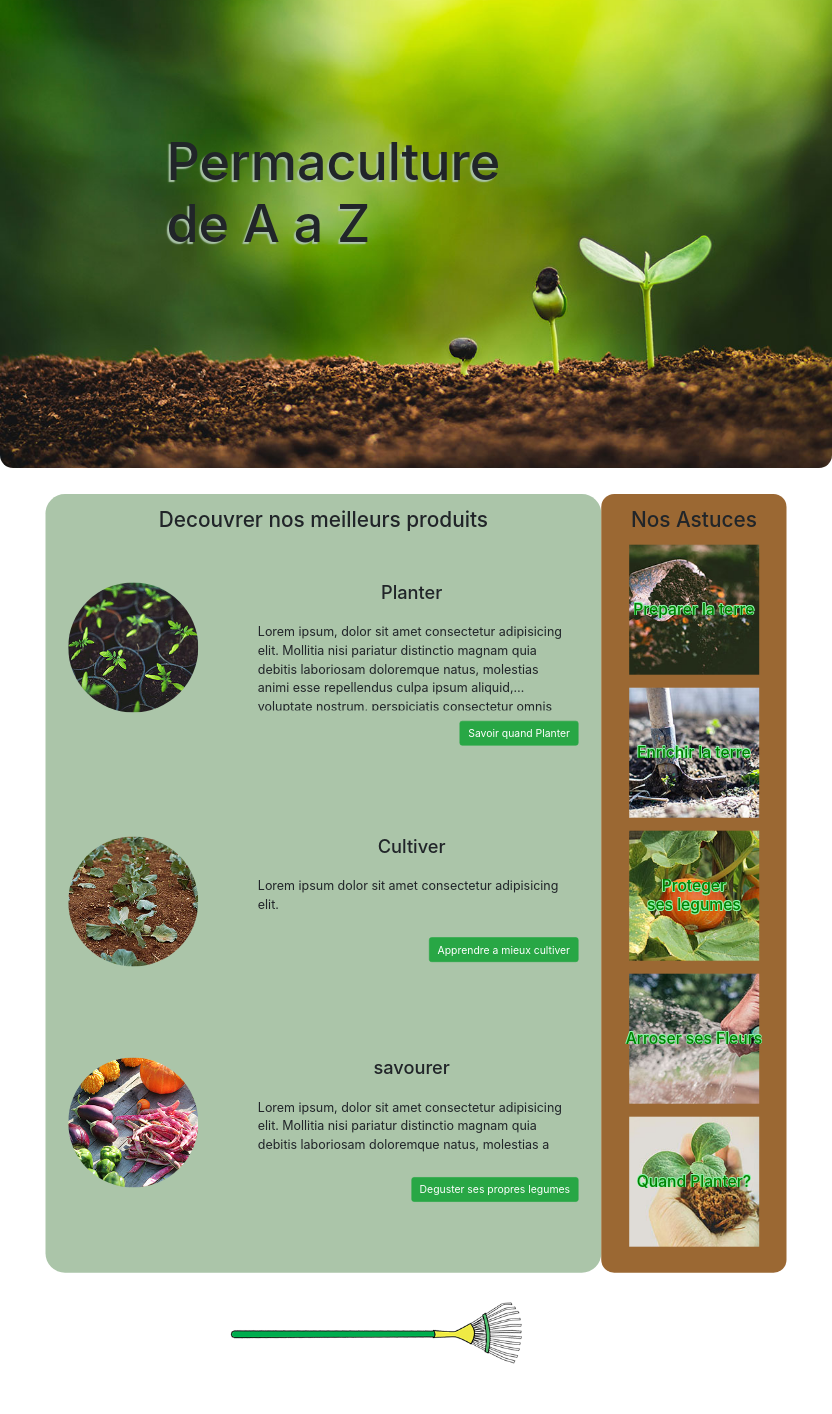
Repository: ahthionkevin/permaculture
Page: index.html
The author's editor kept a copy of each file at every save. The page is drawn from the files as they stood at one save, then again after the next save.
The browser window is 1280 px wide. The pictures show the whole page, at 65% of full size.
Backgrounds fixed to the window are drawn as part of the page.

Above is the page before, as saved 2021-07-06 23:46:21.

After the next save:
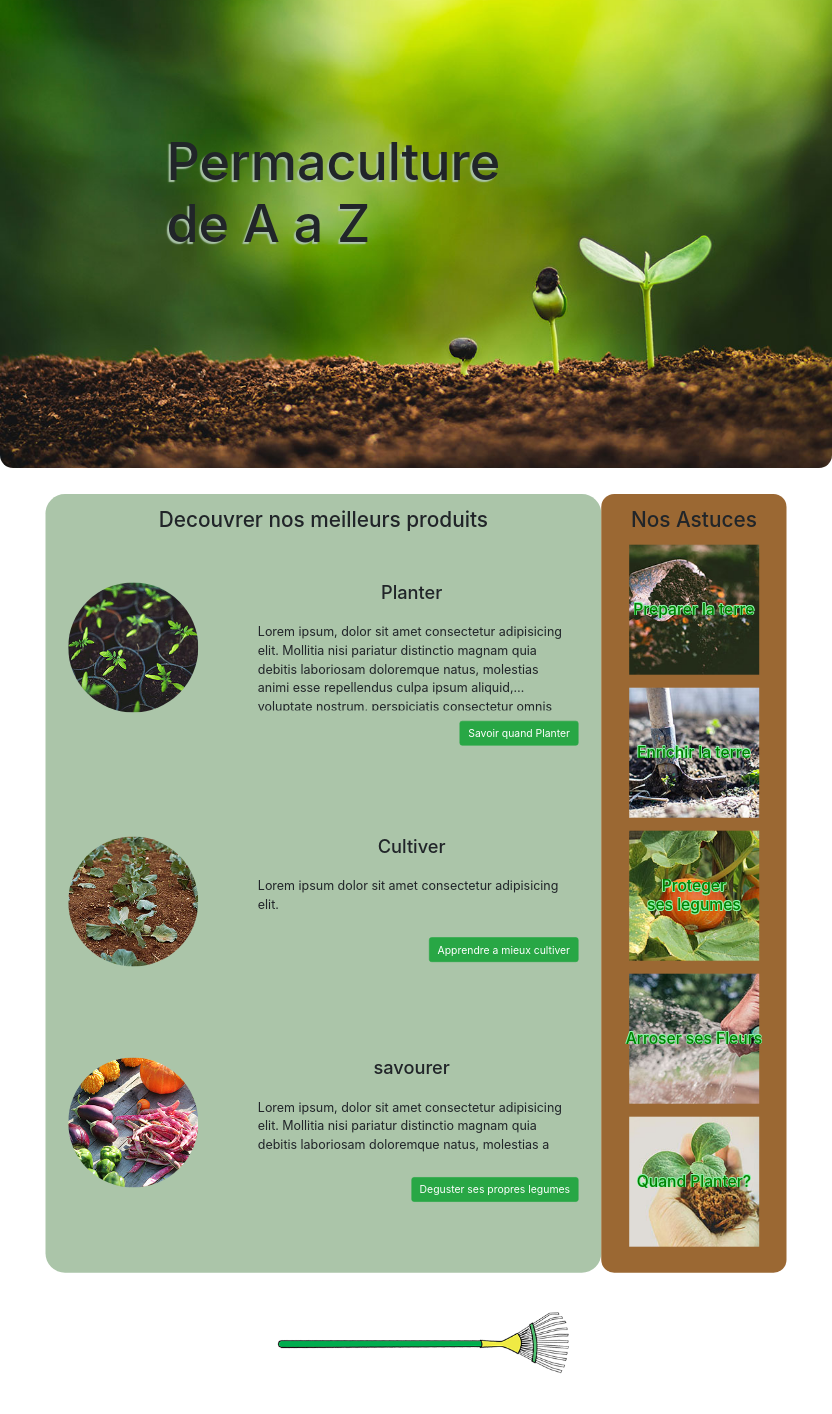
Saved 4 min 4 s later.
--- a/style.css
+++ b/style.css
@@ -105,27 +105,27 @@ h1{
       transform:  translate(0px,0px)  ;
     }
     7% {
-      transform:  translate(69px,-8px)  ;
+      transform:  translate(66px,1px)  ;
     }
     20% {
       transform:  translate(2px,0px)  ;
     }
     31% {
-      transform:  translate(-103px,-32px)  ;
+      transform:  translate(56px,1px)  ;
     }
     49% {
-      transform:  translate(-49px,-1px)  ;
+      transform:  translate(-1px,3px)  ;
     }
     58% {
-      transform:  translate(42px,35px)  ;
+      transform:  translate(69px,1px)  ;
     }
     74% {
       transform:  translate(2px,3px)  ;
     }
     82% {
-      transform:  translate(-98px,29px)  ;
+      transform:  translate(81px,1px)  ;
     }
     100% {
-      transform:  translate(-48px,1px)  ;
+      transform:  translate(2px,5px)  ;
     }
   }
